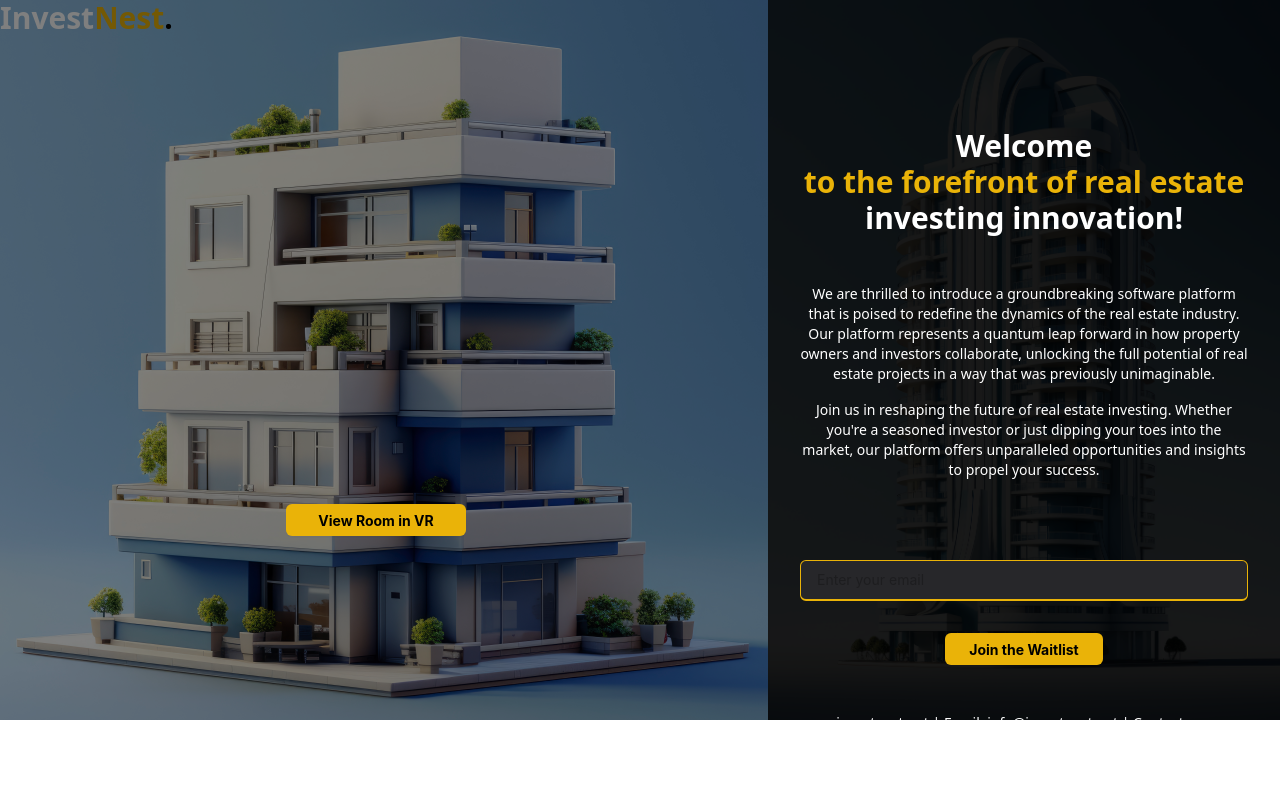
Repository: brytemenz/investnest-landing
Page: /
These files come from the project's save history. The page is drawn as it stood at one moment and after the next save; the edit follows.
The browser window is 1280 px wide. The pictures show the whole page.
The project was rebuilt for these pictures with package versions that can differ from the ones it lists, and the page was loaded fresh each time. Also part of the build but not shown: vite.config.js, src/components/ThreeDImage.jsx.

Above is the page before, as saved 2024-05-29 17:13:44.

After the next save:
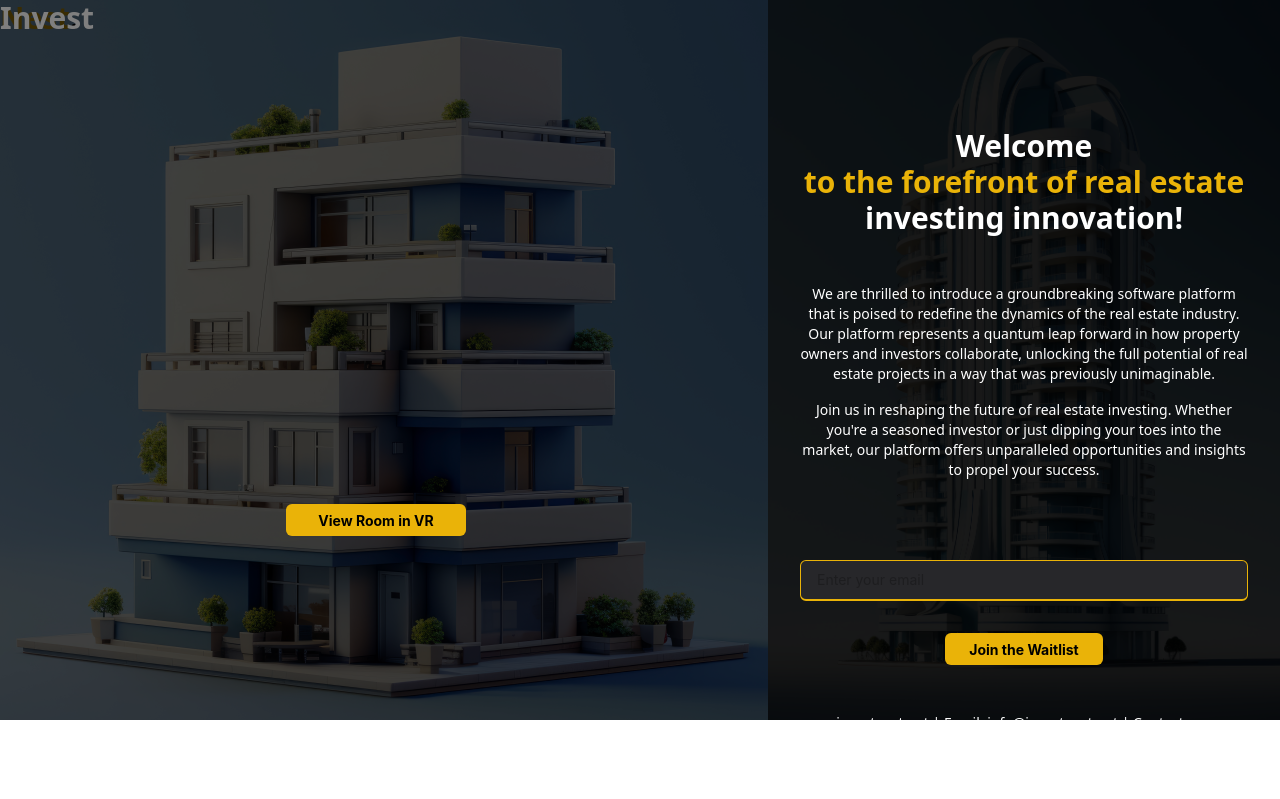
Saved 16 s later.
--- a/src/pages/landingPage.jsx
+++ b/src/pages/landingPage.jsx
@@ -67,7 +67,7 @@
 
                 <div className="left-image">
                 <h2 className="text-3xl font-bold mb-4">
-                    <span className="text-white">Invest</span><span className='text-yellow-500'>Nest</span>.
+                    <span className="text-white absolute inset-0 bg-black bg-opacity-50">Invest</span><span className='text-yellow-500'>Nest</span>.
                   </h2>
                   <div className="absolute inset-0 bg-black bg-opacity-50 flex flex-col items-center justify-center space-y-4">
 

After the save that followed:
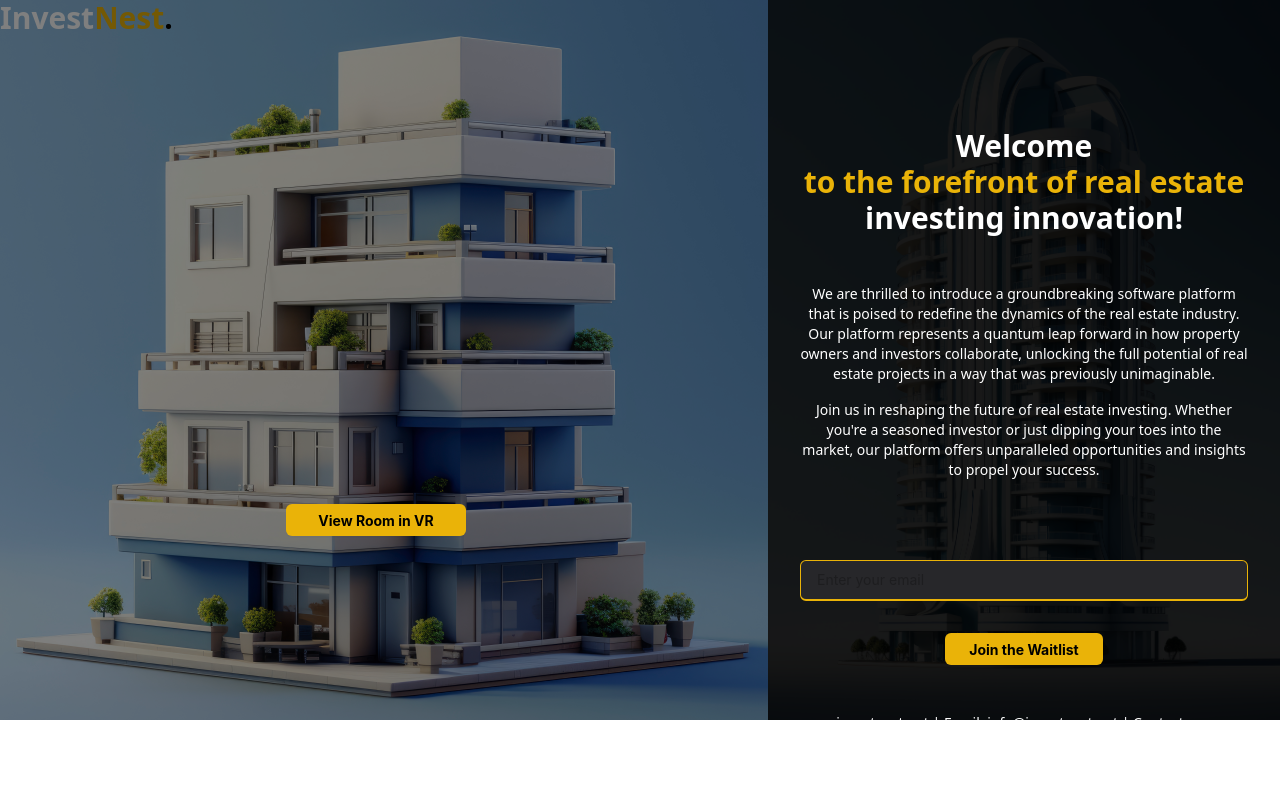
Saved 21 s later.
--- a/src/pages/landingPage.jsx
+++ b/src/pages/landingPage.jsx
@@ -67,7 +67,7 @@
 
                 <div className="left-image">
                 <h2 className="text-3xl font-bold mb-4">
-                    <span className="text-white absolute inset-0 bg-black bg-opacity-50">Invest</span><span className='text-yellow-500'>Nest</span>.
+                    <span className="text-white">Invest</span><span className='text-yellow-500'>Nest</span>.
                   </h2>
                   <div className="absolute inset-0 bg-black bg-opacity-50 flex flex-col items-center justify-center space-y-4">
 
